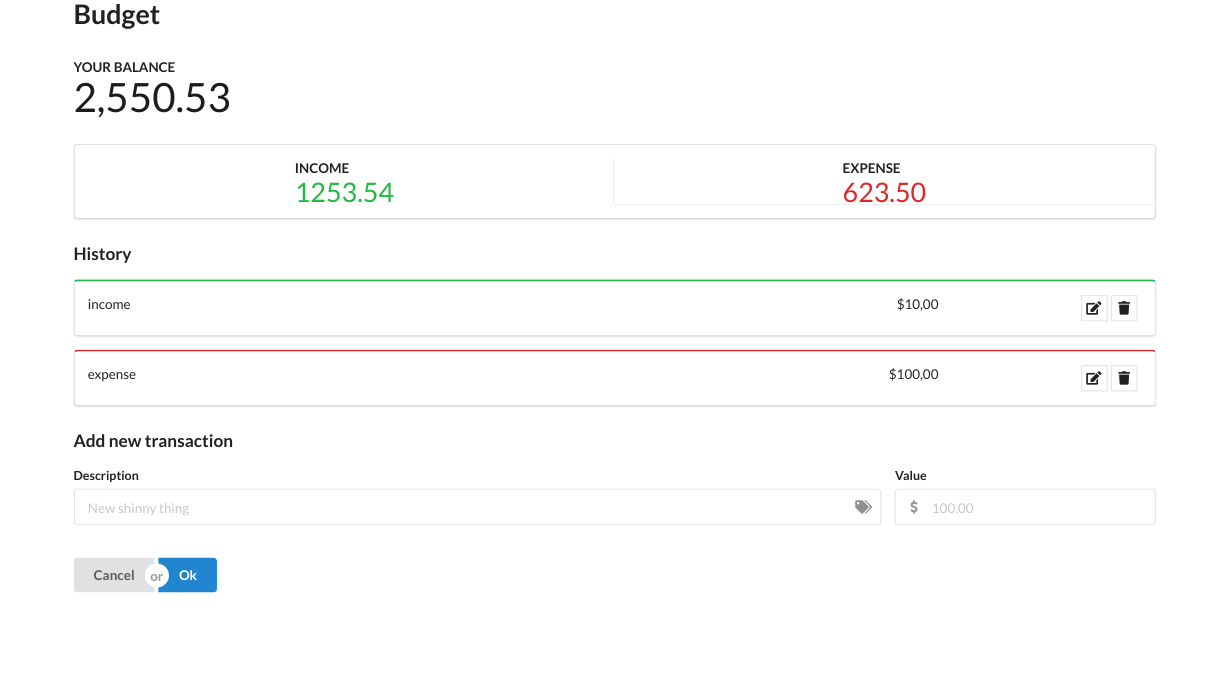
Repository: khuetn/budget-react
Page: /
The author's editor kept a copy of each file at every save. The page is drawn from the files as they stood at one save, then again after a run of saves.
The browser window is 1280 px wide. The pictures show the whole page, at 96% of full size.
The project was rebuilt for these pictures with package versions that can differ from the ones it lists, and the page was loaded fresh each time. Also part of the build but not shown: src/App.css.

Above is the page before, as saved 2021-07-18 10:08:35.

After the next 2 saves:
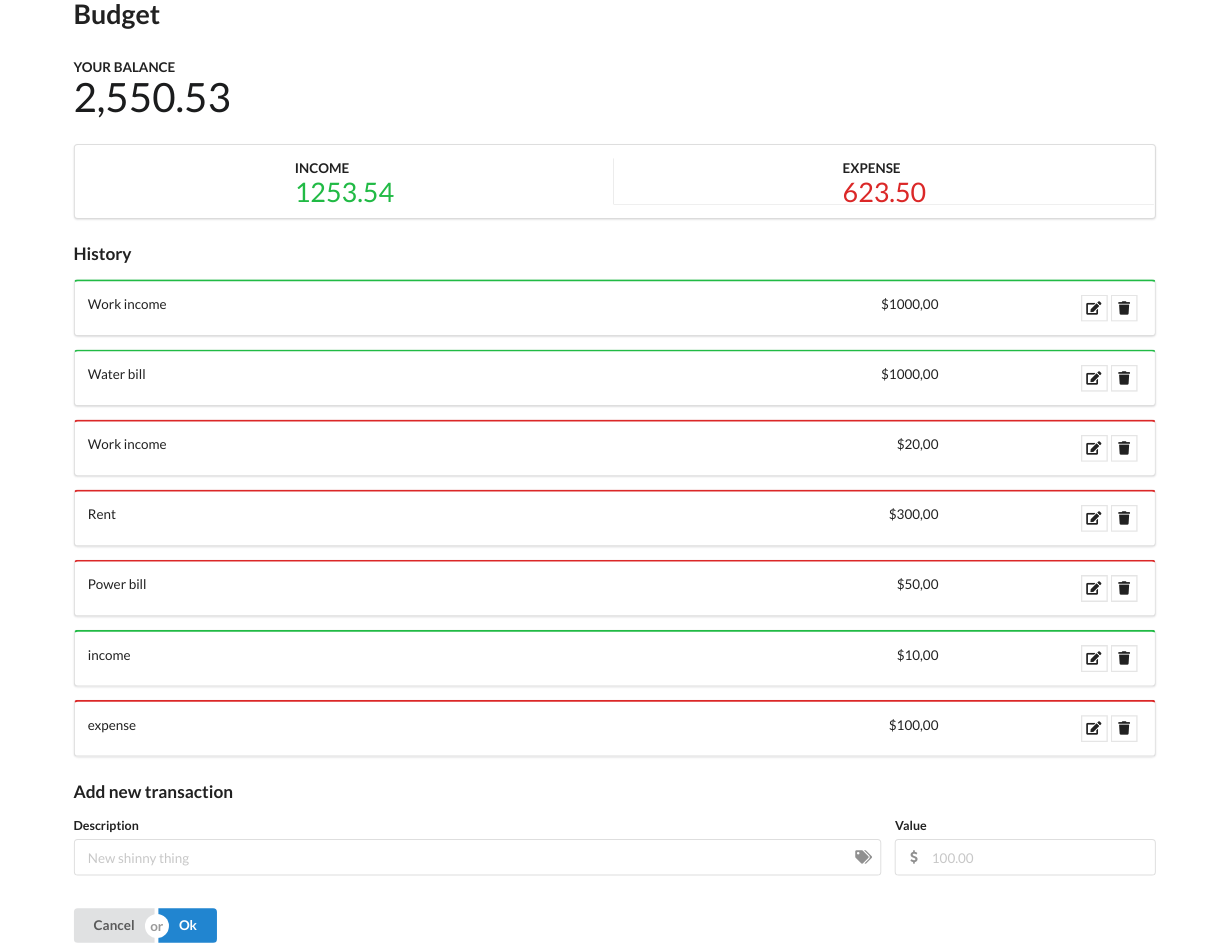
The 2 saves are shown as one change because 1 did not build or start.
The last was saved 85 min 16 s later.
--- a/src/App.js
+++ b/src/App.js
@@ -17,7 +17,13 @@ function App() {
       <DisplayBalances />
 
       <MainHeader title="History" type="h3" />
-
+      {entries.map((entry) => (
+        <EntryLine
+          description={entry.description}
+          value={entry.value}
+          isExpense={entry.isExpense}
+        />
+      ))}
       <EntryLine description="income" value="$10,00" />
       <EntryLine description="expense" value="$100,00" isExpense />
 
